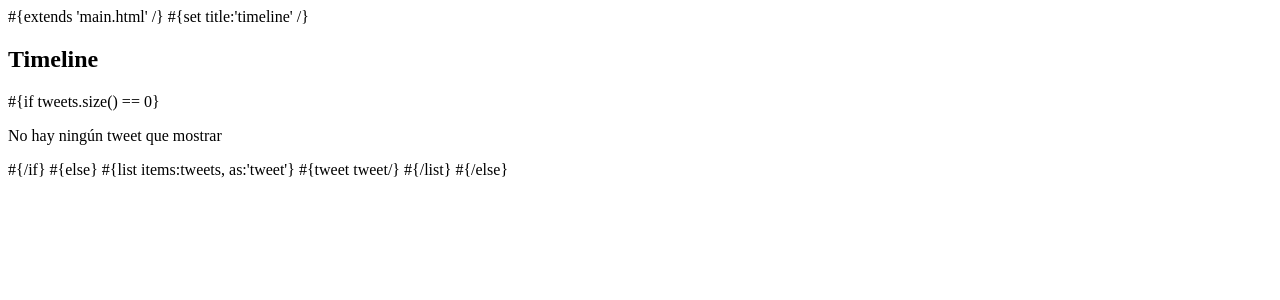
Repository: axelhzf/play-tlp
Page: twitter/app/views/Timeline/index.html
These files come from the project's save history. The page is drawn as it stood at one moment and after the next save; the edit follows.
The browser window is 1280 px wide. The pictures show the whole page.

Above is the page before, as saved 2011-07-17 10:38:24.

### twitter/app/views/Timeline/index.html
#{extends 'main.html' /}
#{set title:'timeline' /}

<h2>Timeline</h2>

#{if tweets.size() == 0}
    <p>No hay ningún tweet que mostrar</p>
#{/if}
#{else}
    #{list items:tweets, as:'tweet'}
		#{tweet tweet/}
    #{/list}
#{/else}

After the next save:
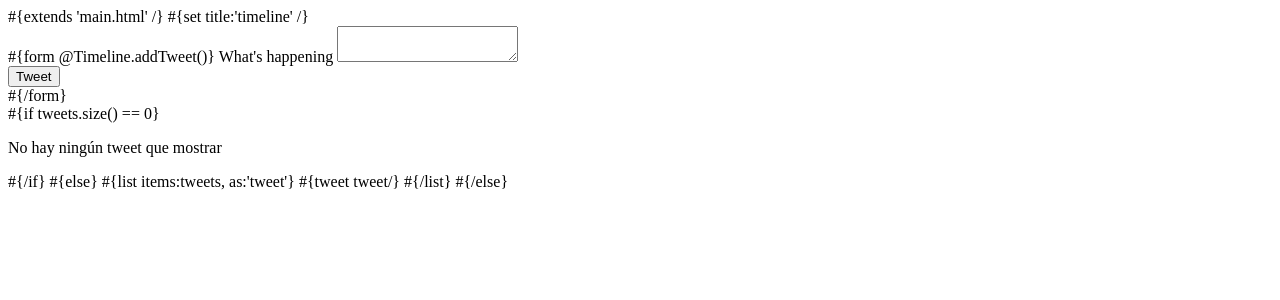
Saved 6 min 17 s later.
--- a/twitter/app/views/Timeline/index.html
+++ b/twitter/app/views/Timeline/index.html
@@ -1,7 +1,15 @@
 #{extends 'main.html' /}
 #{set title:'timeline' /}
 
-<h2>Timeline</h2>
+	<div class="happening">
+	#{form @Timeline.addTweet()}
+		<label>What's happening</label>
+		<textarea name="tweet.msg"> </textarea>
+		<div class="button_container">
+			<input type="submit" value="Tweet">
+		</div>
+	#{/form}
+	</div>
 
 #{if tweets.size() == 0}
     <p>No hay ningún tweet que mostrar</p>
